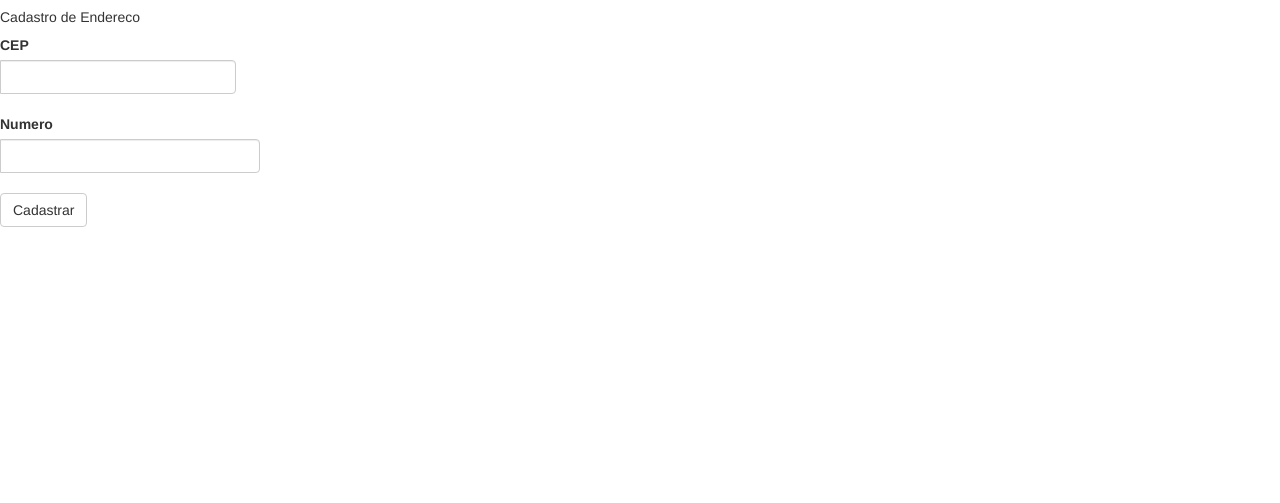
Repository: cadupedrassani/CursoDeJava
Page: Avaliação/BaseAPI/WebApp/src/main/webapp/endereco/cadastro.html
An editor plug-in stored every save of this project. The page is shown before and after the next save, followed by the edit.
The browser window is 1280 px wide. The pictures show the whole page.

Above is the page before, as saved 2016-12-05 16:57:05.

### Avaliação/BaseAPI/WebApp/src/main/webapp/endereco/cadastro.html
<!DOCTYPE html>
<html>
<head>
<meta charset="ISO-8859-1">
<title>Insert title here</title>
<link rel="stylesheet" href="/WebApp/resources/css/bootstrap.min.css">
</head>
<body>
<div>
	<h5>Cadastro de Endereco</h5>
</div>
<div class="input-group">
	<label>CEP</label>
	<input id="cep-categoria"
	       type="text"
	       class="form-control"></input>
</div>
</br>

<div class="input-group">
	<label>Numero</label>
	<input id="numero-categoria"
	       type="text"
	       class="form-control"></input>
</div>
</br>

<div class="input-group">
	<button id="cadastrar"
	        type="button"
	        class="btn btn-default gold"
	        onclick="cadastrarEndereco();">Cadastrar</button>
</div>

<div id="modal-mensagens" class="modal fade" tabindex="-1" role="dialog">
	<div class="modal-dialog" role="document">
		<div class="modal-content">
			<div class="modal-header">
				<h5 id="modal-title" class="modal-title"></h5>
			</div>
			<div class="modal-body">
				<label id="modal-mensagem"></label>
			</div>
			<div class="modal-footer">
				<button type="button"
						class="btn btn-default gold"
						data-dismiss="modal">OK</button>
			</div>
		</div>
	</div>
</div>

<script src="/WebApp/resources/js/jquery.min.js"></script>
<script src="/WebApp/resources/js/bootstrap.min.js"></script>
<script src="/WebApp/resources/js/endereco.js"></script>
</body>
</html>

### Avaliação/BaseAPI/WebApp/src/main/webapp/resources/js/endereco.js
function consultarEndereco(){

	var idEndereco = $('#cod-endereco').val();
	var operacao = '/ControleAPI/endereco/listar' + idEndereco;

	$.ajax({
		url: operacao
	}).done(function(data){
		console.log(data);
		if(data.mensagem != null && data.mensagem != ""){
			$('#descricao-endereco').html(data.mensagem);
		} else{
			$('#descricao-endereco').html(data.descricao);
		}
	});
}

function cadastrarEndereco(){

	var cep = $("#cep-endereco").val();
	var enderecoDTO = new Object();
	var operacao = "/ControleAPI/endereco/cadastrarEndereco"

		enderecoDTO.cep = cep;

	$.ajax({
		method: "POST",
		url: operacao,
		data: JSON.stringify(enderecoDTO),
		contentType: "application/json"
	}).done(function (data){
		var mensagem = "";
		var titulo = "";
		if(data.mensagem != undefined && data.mensagem != null && data.mensagem != ''){
			titulo = "Atenção";
			mensagem = data.mensagem;
		}else{
			titulo = 'Sucesso';
			mensagem = "Categoria cadastrada com sucesso.";
		}

		mostrarModal(titulo, mensagem)
	});
}
function mostrarModal(titulo, mensagem){

	$('#modal-title').html(titulo);
	$('#modal-mensagem').html(mensagem);
	$('#modal-mensagens').modal('show');
}

Loaded but not shown: Avaliação/BaseAPI/WebApp/src/main/webapp/resources/css/bootstrap.min.css (library); Avaliação/BaseAPI/WebApp/src/main/webapp/resources/js/jquery.min.js (library); Avaliação/BaseAPI/WebApp/src/main/webapp/resources/js/bootstrap.min.js (library)

After the next save:
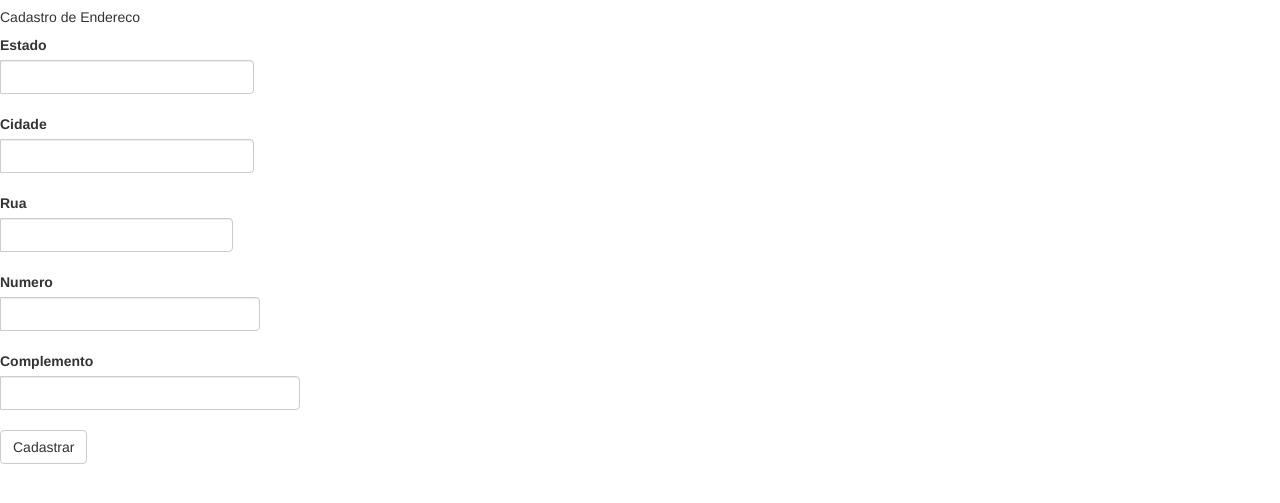
Saved 3 min 15 s later.
--- a/Avaliação/BaseAPI/WebApp/src/main/webapp/endereco/cadastro.html
+++ b/Avaliação/BaseAPI/WebApp/src/main/webapp/endereco/cadastro.html
@@ -10,21 +10,44 @@
 	<h5>Cadastro de Endereco</h5>
 </div>
 <div class="input-group">
-	<label>CEP</label>
-	<input id="cep-categoria"
+	<label>Estado</label>
+	<input id="estado-endereco"
 	       type="text"
 	       class="form-control"></input>
 </div>
 </br>
 
 <div class="input-group">
-	<label>Numero</label>
-	<input id="numero-categoria"
+	<label>Cidade</label>
+	<input id="cidade-endereco"
 	       type="text"
 	       class="form-control"></input>
 </div>
 </br>
 
+<div class="input-group">
+	<label>Rua</label>
+	<input id="rua-endereco"
+	       type="text"
+	       class="form-control"></input>
+</div>
+
+</br>
+<div class="input-group">
+	<label>Numero</label>
+	<input id="numero-endereco"
+	       type="text"
+	       class="form-control"></input>
+</div>
+</br>
+
+<div class="input-group">
+	<label>Complemento</label>
+	<input id="complemento-endereco"
+	       type="text"
+	       class="form-control"></input>
+</div>
+</br>
 <div class="input-group">
 	<button id="cadastrar"
 	        type="button"
